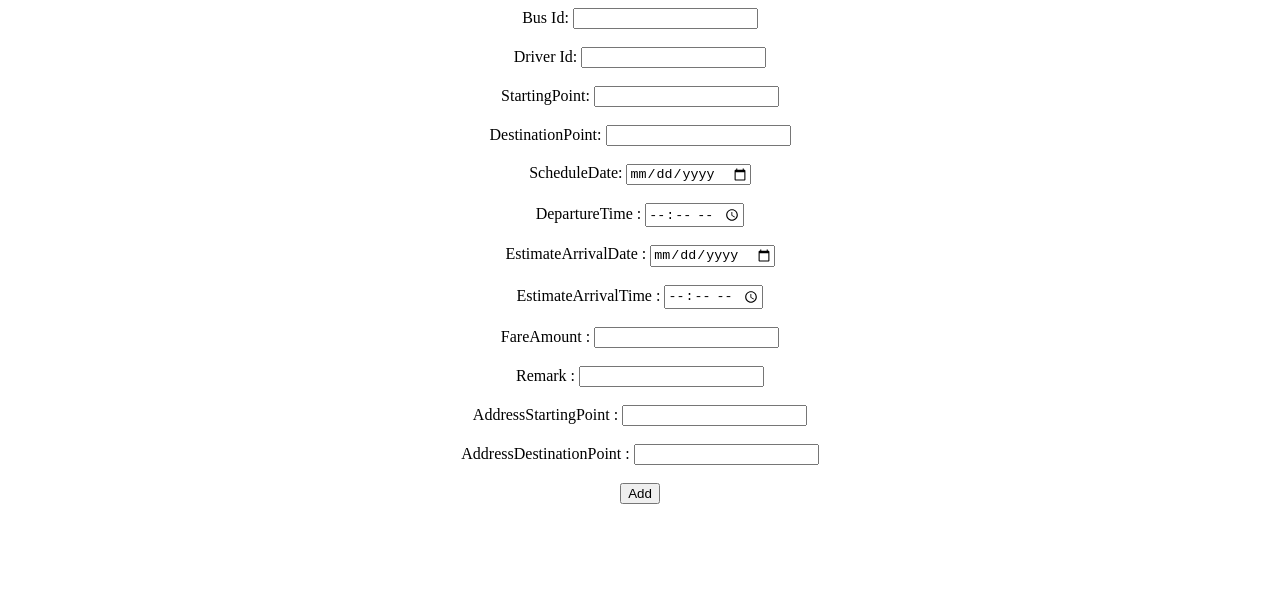
Repository: gummabhargavi/DynWebEjBPoject-AND-server
Page: DynWebEjbBusProject/WebContent/AddTravel.html
The author's editor kept a copy of each file at every save. The page is drawn from the files as they stood at one save, then again after the next save.
The browser window is 1280 px wide. The pictures show the whole page.

Above is the page before, as saved 2022-12-07 12:22:55.

After the next save:
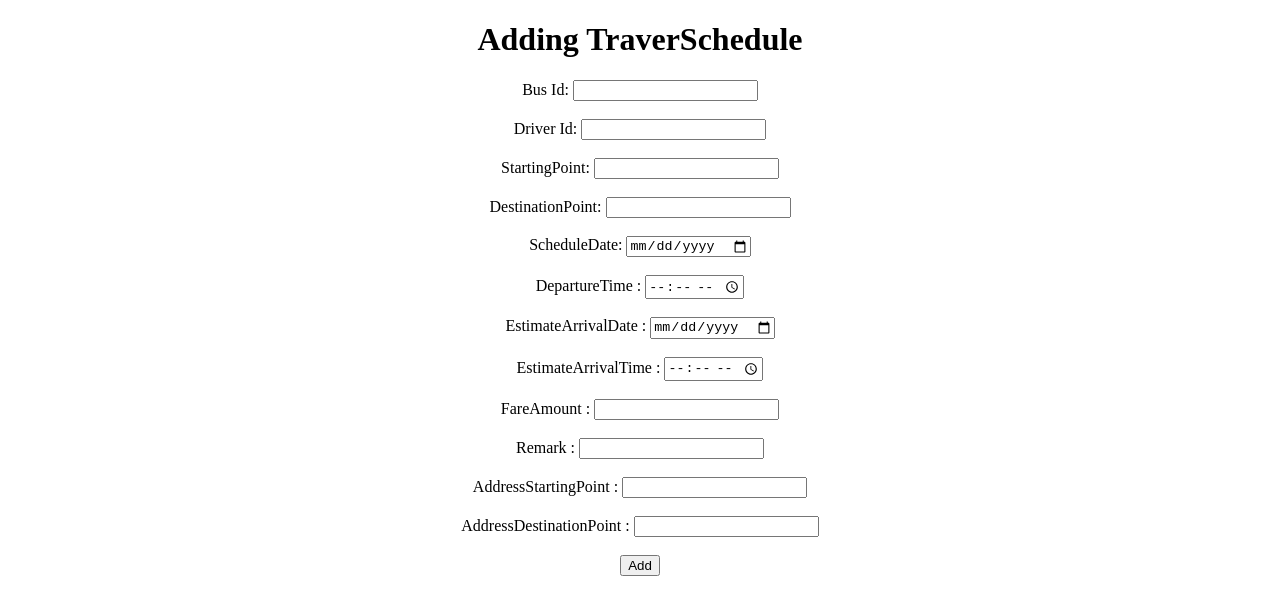
Saved 22 s later.
--- a/DynWebEjbBusProject/WebContent/AddTravel.html
+++ b/DynWebEjbBusProject/WebContent/AddTravel.html
@@ -7,6 +7,7 @@
 <body>
    <form action="AddTravelServlet">
        <center>
+          <h1>Adding TraverSchedule</h1>
          Bus Id:
            <input type="text" name="bus_id"><br/><br/>
          Driver Id:
